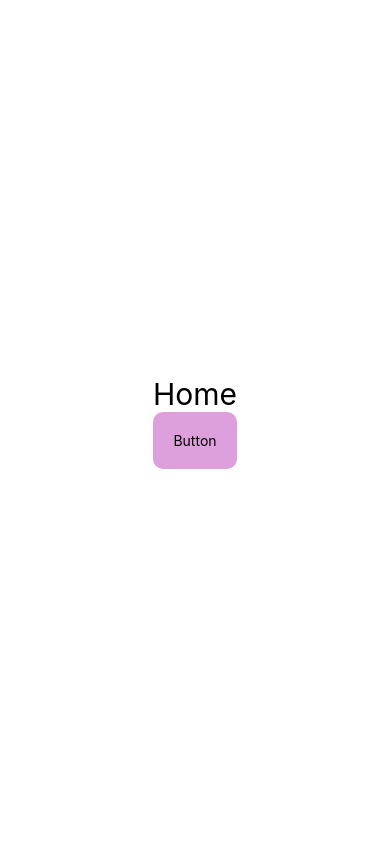
Repository: Kubraaygun/ReactNativeMVVM
Screen: /
The author's editor kept a copy of each file at every save. The screen is drawn from the files as they stood at one save, then again after the next save.
The app was drawn by React Native's web renderer in a window 390 px wide. The project was rebuilt for these pictures with package versions that can differ from the ones it lists, and the page was loaded fresh each time.

Above is the screen before, as saved 2024-12-12 01:06:49.

After the next save:
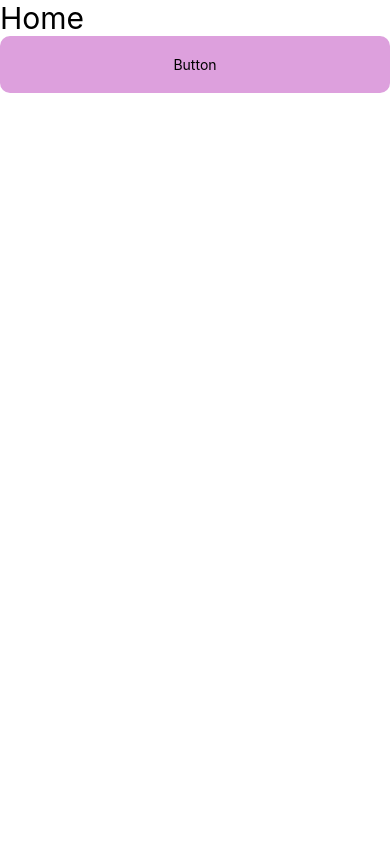
Saved 5 s later.
--- a/src/screens/home/index.jsx
+++ b/src/screens/home/index.jsx
@@ -17,8 +17,7 @@ const Home = () => {
 const styles = StyleSheet.create({
   container: {
     flex: 1,
-    justifyContent: 'center',
-    alignItems: 'center',
+
     backgroundColor: '#fff',
   },
 });
